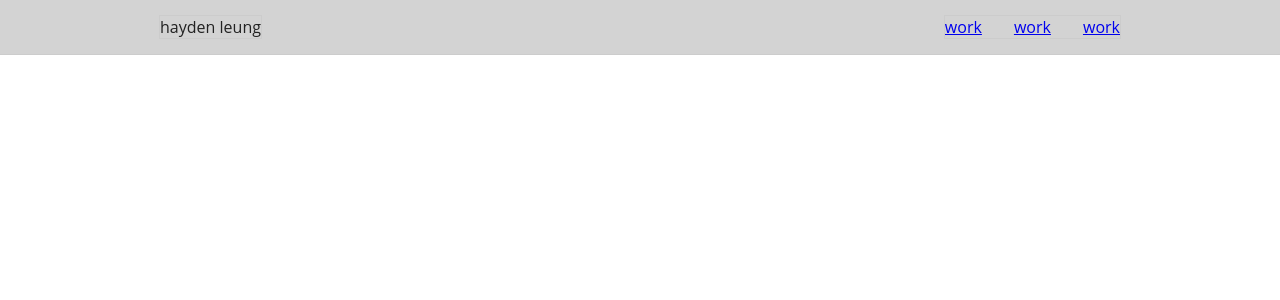
Repository: Haydenleung/Artifact
Page: /
An editor plug-in stored every save of this project. The page is shown before and after the next save, followed by the edit.
The browser window is 1280 px wide. The pictures show the whole page.
The project was rebuilt for these pictures with package versions that can differ from the ones it lists, and the page was loaded fresh each time. The framework's server and built-in components were replaced by stand-ins that run in the browser. Also part of the build but not shown: next.config.mjs.

Above is the page before, as saved 2024-01-26 22:51:00.

### src/pages/index.tsx
import Image from "next/image";
import Navbar from "@/components/Navbar";

export default function Home() {
  return (
    <main className={"page"}>
      <Navbar />

    </main>
  )
}

### src/styles/globals.css
/* ==========================================================================
    [Table of contents]

    1. BASE
        1.1 Page Rendering Defaults
        1.2 Core Styling
        1.3 Typography
    2. LAYOUT
        2.1 Core Layout
        2.2 Small only
        2.3 medium and up
        2.4 Medium only
        2.5 large screens and up
    3. UTILITY classes
    4. PRINT

    ========================================================================== */

/* ==========================================================================
   BASE
   ========================================================================== */

/* 1.1 Page Rendering Defaults */

html {
  color: #222;
  font-size: 1em;
}

::-moz-selection {
  background: #b3d4fc;
  text-shadow: none;
}

::selection {
  background: #b3d4fc;
  text-shadow: none;
}

audio,
canvas,
iframe,
i,
img,
svg,
video {
  vertical-align: middle;
}

fieldset {
  border: 0;
  margin: 0;
  padding: 0;
}

textarea {
  resize: vertical;
}

/* 1.2 Core Styling */

/* refer to https://css-tricks.com/box-sizing/ */

*,
*:before,
*:after {
  box-sizing: border-box;
}

img {
  width: 100%;
}

/* 1.3 Typgraphy */

@import url('https://fonts.googleapis.com/css2?family=Open+Sans:ital,wght@0,300;0,400;0,500;0,600;0,700;0,800;1,300;1,400;1,500;1,600;1,700;1,800&display=swap');

h1,
h2,
h3,
h4,
h5,
h6 {
  font-weight: 400;
  text-align: center;
  margin: 0;
}

h1 {
  font-size: 24pt;
  font-weight: 200;
}

h2 {
  font-size: 16pt;
}

h4 {
  font-size: 9pt;
}

h5 {
  font-size: 8pt;
}

* {
  font-family: 'Open Sans', sans-serif;
}


/* ==========================================================================
 2. LAYOUT
 ========================================================================== */

/* Helper to display empty layout containers*/

div,
main,
section,
footer,
header {
  outline: 1px solid #ccc;
}

body {
  padding: 0;
  margin: 0;
}

/* 2.1 Core layout */

.row {
  display: grid;
  row-gap: 1rem;
}

.col {
  position: relative;
}

.page {
  display: flex;
  flex-direction: column;
  justify-content: center;
  align-items: center;
}


/* Navbar */

/* 2.2 Small only */

@media screen and (max-width: 39.9375em) {}

/* 2.3 medium and up */

@media screen and (min-width: 40em) {}

/* 2.4 Medium only */

@media screen and (min-width: 40em) and (max-width: 63.9375em) {}

/* 2.5 large screens and up 2.6 Large only */

/* @media screen and (min-width: 64em) {

} */

### src/components/Navbar/index.tsx
import styles from './navbar.module.css'
import Image from 'next/image'
import Link from 'next/link'
import { useState } from 'react'

export default function Navbar() {

    const [isPage, setIsPage] = useState();

    return (
        <div className={styles.container}>
            <div className={styles.logo}>hayden leung</div>
            <div className={styles.pages}>
                <Link href="/" className={isPage === "Work" ? styles.bold : styles.bold}>work</Link>
                <Link href="/" className={isPage === "Resume" ? styles.bold : styles.bold}>work</Link>
                <Link href="/" className={isPage === "Contact" ? styles.bold : styles.bold}>work</Link>
            </div>
        </div>
    )
}

### src/components/Navbar/navbar.module.css
.container {
    background-color: lightgrey;
    padding: 0.5rem;
    width: 100%;
    padding: 1rem 10rem;
    display: flex;
    flex-direction: row;
    justify-content: space-between;
    position: sticky;
}

.logo {}

.pages {
    display: flex;
    flex-direction: row;
    gap: 2rem;
}

Loaded but not shown: src/pages/_app.tsx (common file); src/pages/_document.tsx (common file); src/pages/api/hello.ts (common file)

After the next save:
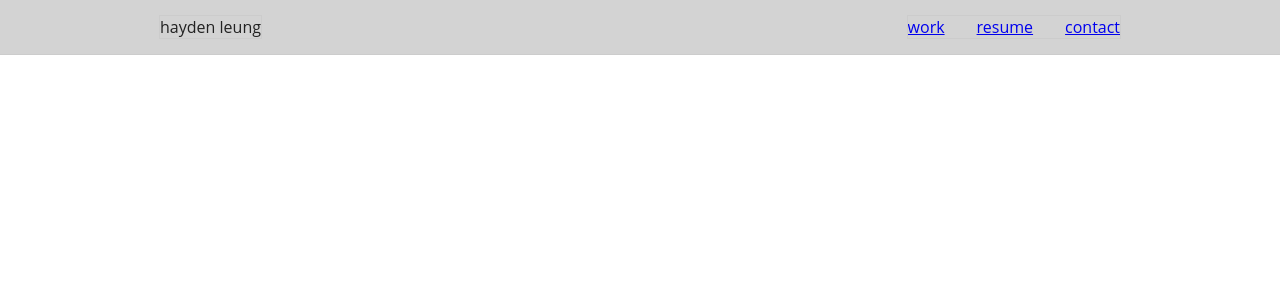
Saved 12 s later.
--- a/src/components/Navbar/index.tsx
+++ b/src/components/Navbar/index.tsx
@@ -12,8 +12,8 @@ export default function Navbar() {
             <div className={styles.logo}>hayden leung</div>
             <div className={styles.pages}>
                 <Link href="/" className={isPage === "Work" ? styles.bold : styles.bold}>work</Link>
-                <Link href="/" className={isPage === "Resume" ? styles.bold : styles.bold}>work</Link>
-                <Link href="/" className={isPage === "Contact" ? styles.bold : styles.bold}>work</Link>
+                <Link href="/" className={isPage === "Resume" ? styles.bold : styles.bold}>resume</Link>
+                <Link href="/" className={isPage === "Contact" ? styles.bold : styles.bold}>contact</Link>
             </div>
         </div>
     )
